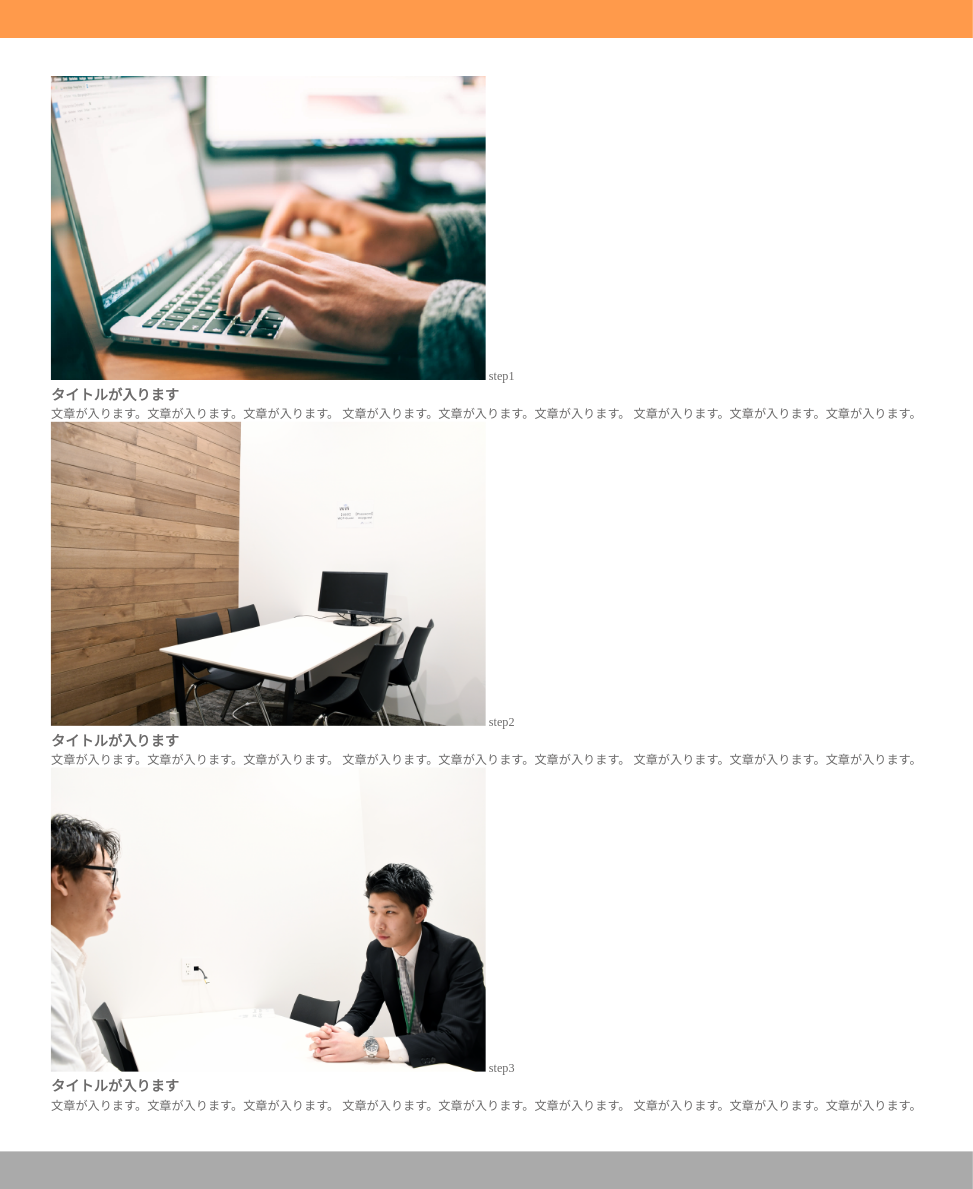
Repository: eyaonu/application2
Page: chapter9/answer9.html
The author's editor kept a record of every edit. The page is drawn from the files as they stood at one moment, then again after the next edit.
The browser window is 1280 px wide. The pictures show the whole page, at 76% of full size.

Above is the page before.

### chapter9/answer9.html
<!DOCTYPE html>
<html lang="ja">
  <head>
    <meta charset="UTF-8" />
    <!-- CSSファイルの読み込み -->
    <title>answer9</title>
    <link rel="stylesheet" href="style9.css" />
  </head>

  <body>
    <header></header>
    <main>
      <div claas="content-box">
      <div claas="step-box">
        <div class="step-img1"></div>
        <img claas="img" src="img/flow01.png" />
        <span class="step-num">step1</span>
        <h3 claas="title">タイトルが入ります</h3>
        <p class="text">
          文章が入ります。文章が入ります。文章が入ります。
          文章が入ります。文章が入ります。文章が入ります。
          文章が入ります。文章が入ります。文章が入ります。
        </p>
      </div>

      <div claas="step-box">
        <div class="step-img2"></div>
        <img claas="img" src="img/flow02.png" />
        <span claas="step-num">step2</span>
        <h3 claas="title">タイトルが入ります</h3>
        <p class="text">
          文章が入ります。文章が入ります。文章が入ります。
          文章が入ります。文章が入ります。文章が入ります。
          文章が入ります。文章が入ります。文章が入ります。
        </p>
      </div>

      <div claas="step-box">
        <div claas="step-img3"></div>
        <img claas="img" src="img/flow03.png" />
        <span class="step-num">step3</span>
        <div claas="step-box">
        <h3>タイトルが入ります</h3>
        <p class="text">
          文章が入ります。文章が入ります。文章が入ります。
          文章が入ります。文章が入ります。文章が入ります。
          文章が入ります。文章が入ります。文章が入ります。
        </p>
      </div>
    </main>
    <footer></footer>
  </body>
</html>

### chapter9/style9.css
* {
  margin: 0;
  padding: 0;
  box-sizing: border-box;
  color: #6c6b6b;
}


header {
  width: 100%;
  height: 50px;
  padding: 0;
  margin: 0 auto;
  background-color: #FF9A4B;
}

main {
  width: 100%;
  height: 100%;
  display: flex;

  justify-content: center;
  background-position: 0;
  margin: 0 auto;
  padding: 50px 50px;
}

footer {
  width: 100%;
  height: 50px;
  background-color: #AAAAAA;
}

After the next edit:
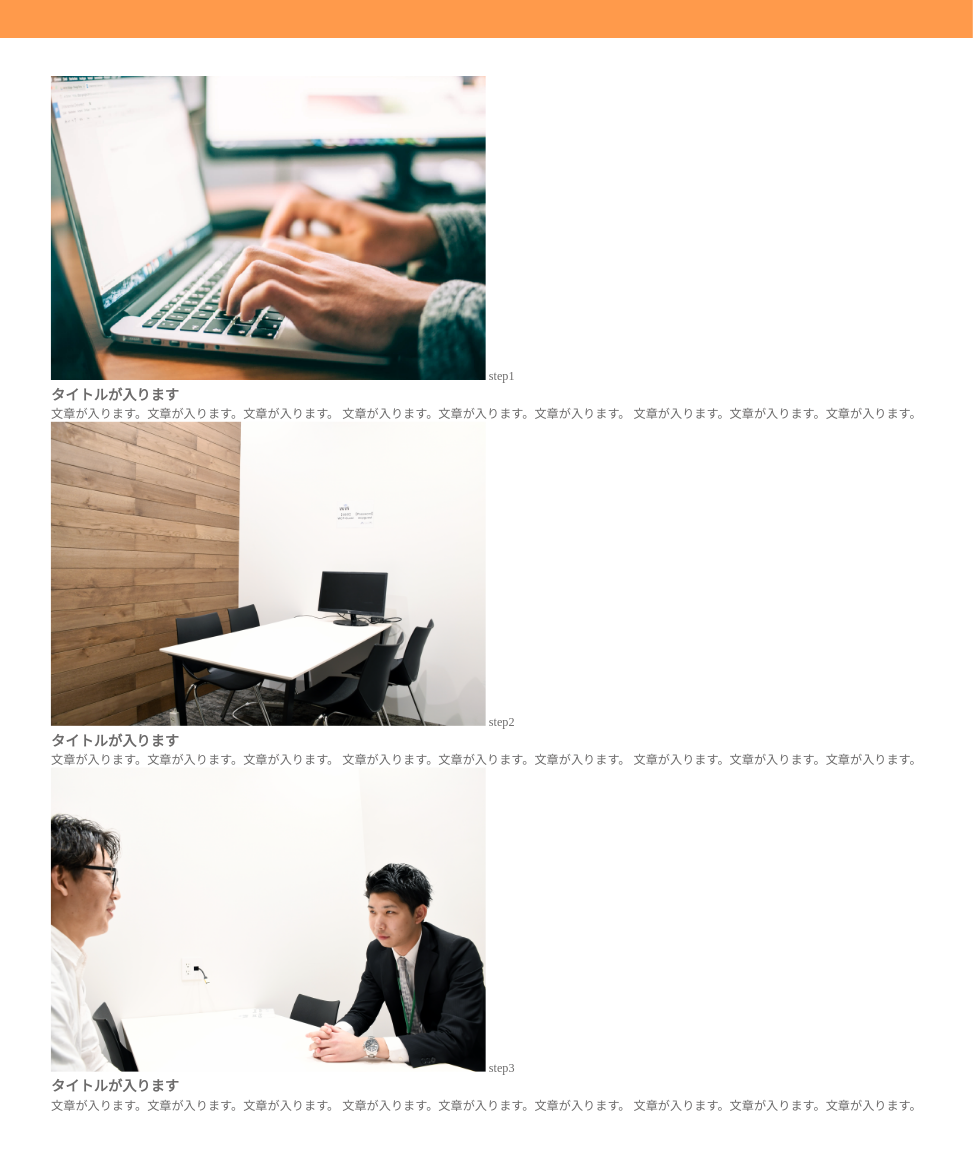
The edit:
--- a/chapter9/style9.css
+++ b/chapter9/style9.css
@@ -24,7 +24,9 @@
   margin: 0 auto;
   padding: 50px 50px;
 }
-
+  background-image: url(img/flow01.png);
+  background-image: url(img/flow02.png);
+  background-image: url(img/flow03.png);
 footer {
   width: 100%;
   height: 50px;

After the 2 edits that followed:
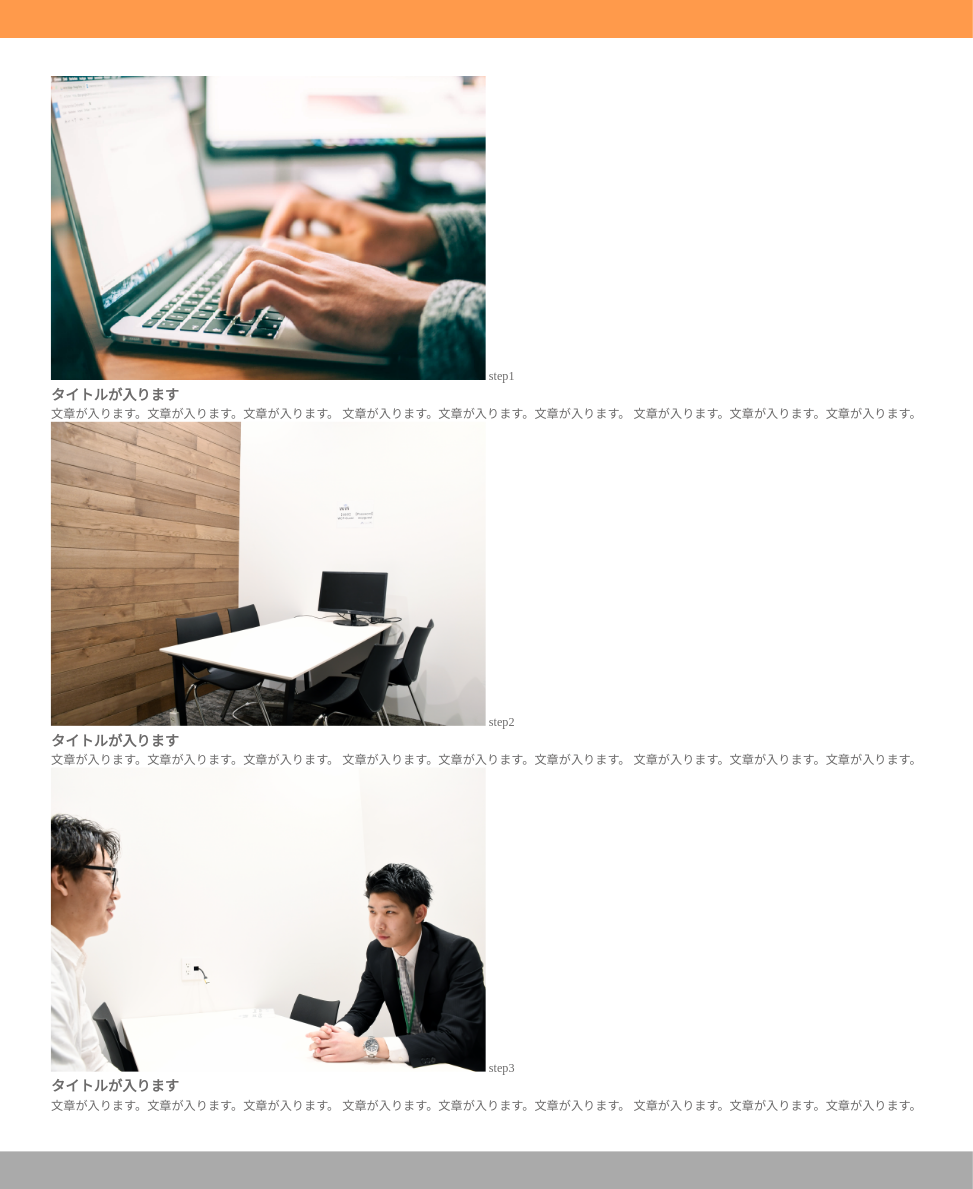
The 2 edits are shown as one change because 1 left the picture as it was.
The edit:
--- a/chapter9/style9.css
+++ b/chapter9/style9.css
@@ -18,15 +18,12 @@
   width: 100%;
   height: 100%;
   display: flex;
-
   justify-content: center;
   background-position: 0;
   margin: 0 auto;
   padding: 50px 50px;
 }
-  background-image: url(img/flow01.png);
-  background-image: url(img/flow02.png);
-  background-image: url(img/flow03.png);
+
 footer {
   width: 100%;
   height: 50px;
